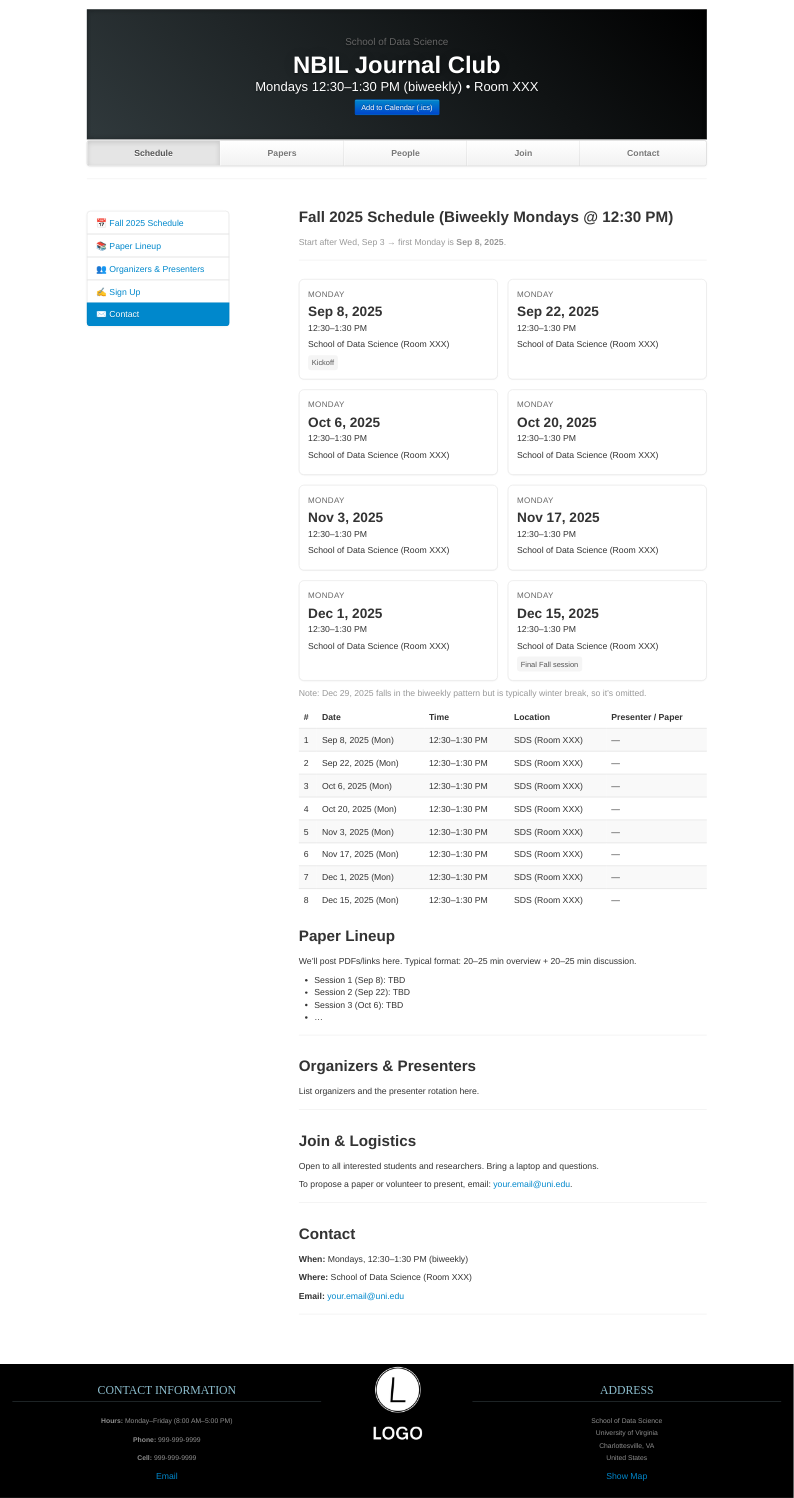
Repository: nbillab/nbillab.io
Page: journalclub.html
These files come from the project's save history. The page is drawn as it stood at one moment and after the next save; the edit follows.
The browser window is 1280 px wide. The pictures show the whole page, at 62% of full size.

Above is the page before, as saved 2025-09-01 12:21:36.

### journalclub.html
<!DOCTYPE html>
<html lang="en">
<head>
  <meta charset="utf-8">
  <title>NBIL Journal Club</title>
  <meta name="viewport" content="width=device-width, initial-scale=1.0">
  <meta name="description" content="NBIL Journal Club — School of Data Science">
  <meta name="author" content="">
  <!-- Le styles (keeping your Bootstrap 2.x includes) -->
  <link href="css/bootstrap.min.css" rel="stylesheet">
  <link href="css/bootstrap-responsive.min.css" rel="stylesheet">
  <link href="css/theme.css" rel="stylesheet">
  <style>
    /* Simple calendar-like schedule cards */
    .calendar-grid {
      display: grid;
      grid-template-columns: repeat(auto-fill, minmax(260px, 1fr));
      gap: 16px;
    }
    .cal-card {
      border: 1px solid #e5e5e5;
      border-radius: 8px;
      padding: 14px;
      box-shadow: 0 1px 2px rgba(0,0,0,0.05);
      background: #fff;
    }
    .cal-date {
      font-size: 22px;
      font-weight: bold;
      margin-bottom: 6px;
    }
    .cal-dow {
      font-size: 13px;
      text-transform: uppercase;
      letter-spacing: 0.04em;
      color: #666;
      margin-bottom: 8px;
    }
    .cal-time {
      font-size: 14px;
      margin-bottom: 6px;
    }
    .cal-loc {
      font-size: 14px;
      color: #333;
      margin-bottom: 8px;
    }
    .label-note {
      display: inline-block;
      padding: 2px 6px;
      font-size: 12px;
      border-radius: 4px;
      background: #f5f5f5;
      color: #555;
    }
    .hero-title {
      margin-bottom: 6px;
    }
    .lead.tiny {
      font-size: 16px;
      color: #666;
    }
    .ics-box {
      margin: 14px 0 4px;
    }
  </style>
</head>
<body>
  <div class="container">
    <header class="jumbotron subhead" id="overview">
      <p class="lead tiny">School of Data Science</p>
      <h1 class="hero-title">NBIL Journal Club</h1>
      <p class="lead">Mondays 12:30–1:30 PM (biweekly) • Room XXX</p>
      <p class="ics-box">
        <a class="btn btn-small btn-primary" href="nbil_journal_club_fall2025.ics">Add to Calendar (.ics)</a>
      </p>
    </header>

    <div class="masthead">
      <div class="navbar">
        <div class="navbar-inner">
          <div class="container">
            <ul class="nav">
              <li class="active"><a href="#schedule">Schedule</a></li>
              <li><a href="#papers">Papers</a></li>
              <li><a href="#people">People</a></li>
              <li><a href="#join">Join</a></li>
              <li><a href="#contact">Contact</a></li>
            </ul>
          </div>
        </div>
      </div>
    </div>

    <hr>

    <div class="row-fluid">
      <div class="span3 bs-docs-sidebar" id="navparent">
        <ul class="nav nav-list bs-docs-sidenav" data-spy="affix" data-offset-top="200" data-offset-bottom="260">
          <li><a href="#schedule"> 📅 Fall 2025 Schedule</a></li>
          <li><a href="#papers"> 📚 Paper Lineup</a></li>
          <li><a href="#people"> 👥 Organizers & Presenters</a></li>
          <li><a href="#join"> ✍️ Sign Up</a></li>
          <li><a href="#contact"> ✉️ Contact</a></li>
        </ul>
      </div>

      <div class="span8 offset1">
        <!-- Schedule -->
        <section id="schedule">
          <div class="page-header">
            <h3>Fall 2025 Schedule (Biweekly Mondays @ 12:30 PM)</h3>
            <p class="muted">Start after Wed, Sep 3 → first Monday is <strong>Sep 8, 2025</strong>.</p>
          </div>

          <!-- Calendar-like grid -->
          <div class="calendar-grid">
            <!-- Sep -->
            <div class="cal-card">
              <div class="cal-dow">MONDAY</div>
              <div class="cal-date">Sep 8, 2025</div>
              <div class="cal-time">12:30–1:30 PM</div>
              <div class="cal-loc">School of Data Science (Room XXX)</div>
              <span class="label-note">Kickoff</span>
            </div>
            <div class="cal-card">
              <div class="cal-dow">MONDAY</div>
              <div class="cal-date">Sep 22, 2025</div>
              <div class="cal-time">12:30–1:30 PM</div>
              <div class="cal-loc">School of Data Science (Room XXX)</div>
            </div>

            <!-- Oct -->
            <div class="cal-card">
              <div class="cal-dow">MONDAY</div>
              <div class="cal-date">Oct 6, 2025</div>
              <div class="cal-time">12:30–1:30 PM</div>
              <div class="cal-loc">School of Data Science (Room XXX)</div>
            </div>
            <div class="cal-card">
              <div class="cal-dow">MONDAY</div>
              <div class="cal-date">Oct 20, 2025</div>
              <div class="cal-time">12:30–1:30 PM</div>
              <div class="cal-loc">School of Data Science (Room XXX)</div>
            </div>

            <!-- Nov -->
            <div class="cal-card">
              <div class="cal-dow">MONDAY</div>
              <div class="cal-date">Nov 3, 2025</div>
              <div class="cal-time">12:30–1:30 PM</div>
              <div class="cal-loc">School of Data Science (Room XXX)</div>
            </div>
            <div class="cal-card">
              <div class="cal-dow">MONDAY</div>
              <div class="cal-date">Nov 17, 2025</div>
              <div class="cal-time">12:30–1:30 PM</div>
              <div class="cal-loc">School of Data Science (Room XXX)</div>
            </div>

            <!-- Dec -->
            <div class="cal-card">
              <div class="cal-dow">MONDAY</div>
              <div class="cal-date">Dec 1, 2025</div>
              <div class="cal-time">12:30–1:30 PM</div>
              <div class="cal-loc">School of Data Science (Room XXX)</div>
            </div>
            <div class="cal-card">
              <div class="cal-dow">MONDAY</div>
              <div class="cal-date">Dec 15, 2025</div>
              <div class="cal-time">12:30–1:30 PM</div>
              <div class="cal-loc">School of Data Science (Room XXX)</div>
              <span class="label-note">Final Fall session</span>
            </div>
          </div>

          <p class="muted" style="margin-top:10px;">
            Note: Dec 29, 2025 falls in the biweekly pattern but is typically winter break, so it’s omitted.
          </p>

          <!-- Optional: tabular view for quick copy/paste -->
          <table class="table table-striped" style="margin-top:10px;">
            <thead>
              <tr>
                <th>#</th>
                <th>Date</th>
                <th>Time</th>
                <th>Location</th>
                <th>Presenter / Paper</th>
              </tr>
            </thead>
            <tbody>
              <tr><td>1</td><td>Sep 8, 2025 (Mon)</td><td>12:30–1:30 PM</td><td>SDS (Room XXX)</td><td>—</td></tr>
              <tr><td>2</td><td>Sep 22, 2025 (Mon)</td><td>12:30–1:30 PM</td><td>SDS (Room XXX)</td><td>—</td></tr>
              <tr><td>3</td><td>Oct 6, 2025 (Mon)</td><td>12:30–1:30 PM</td><td>SDS (Room XXX)</td><td>—</td></tr>
              <tr><td>4</td><td>Oct 20, 2025 (Mon)</td><td>12:30–1:30 PM</td><td>SDS (Room XXX)</td><td>—</td></tr>
              <tr><td>5</td><td>Nov 3, 2025 (Mon)</td><td>12:30–1:30 PM</td><td>SDS (Room XXX)</td><td>—</td></tr>
              <tr><td>6</td><td>Nov 17, 2025 (Mon)</td><td>12:30–1:30 PM</td><td>SDS (Room XXX)</td><td>—</td></tr>
              <tr><td>7</td><td>Dec 1, 2025 (Mon)</td><td>12:30–1:30 PM</td><td>SDS (Room XXX)</td><td>—</td></tr>
              <tr><td>8</td><td>Dec 15, 2025 (Mon)</td><td>12:30–1:30 PM</td><td>SDS (Room XXX)</td><td>—</td></tr>
            </tbody>
          </table>
        </section>

        <!-- Papers -->
        <section id="papers">
          <div class="page-header">
            <h3>Paper Lineup</h3>
            <p>We’ll post PDFs/links here. Typical format: 20–25 min overview + 20–25 min discussion.</p>
            <ul>
              <li>Session 1 (Sep 8): TBD</li>
              <li>Session 2 (Sep 22): TBD</li>
              <li>Session 3 (Oct 6): TBD</li>
              <li>…</li>
            </ul>
          </div>
        </section>

        <!-- People -->
        <section id="people">
          <div class="page-header">
            <h3>Organizers & Presenters</h3>
            <p>List organizers and the presenter rotation here.</p>
          </div>
        </section>

        <!-- Join -->
        <section id="join">
          <div class="page-header">
            <h3>Join & Logistics</h3>
            <p>Open to all interested students and researchers. Bring a laptop and questions.</p>
            <p>
              To propose a paper or volunteer to present, email:
              <a href="mailto:your.email@uni.edu">your.email@uni.edu</a>.
            </p>
          </div>
        </section>

        <!-- Contact -->
        <section id="contact">
          <div class="page-header">
            <h3>Contact</h3>
            <p><b>When:</b> Mondays, 12:30–1:30 PM (biweekly)</p>
            <p><b>Where:</b> School of Data Science (Room XXX)</p>
            <p><b>Email:</b> <a href="mailto:your.email@uni.edu">your.email@uni.edu</a></p>
          </div>
        </section>
      </div>
    </div>
  </div>

  <footer id="footer">
    <div class="container-fluid">
      <div class="row-fluid">
        <div class="span5">
          <h3>Contact Information</h3>
          <p><b>Hours: </b>Monday–Friday (8:00 AM–5:00 PM)</p>
          <p><b>Phone: </b>999-999-9999</p>
          <p><b>Cell: </b>999-999-9999</p>
          <a href="mailto:your.email@uni.edu">Email</a>
        </div>
        <div class="span2">
          <img src="thumbs/generic-logo.JPG" alt="lab-logo"/>
        </div>
        <div class="span5">
          <h3>Address</h3>
          <p>School of Data Science<br>
             University of Virginia<br>
             Charlottesville, VA<br>
             United States
          </p>
          <a href="http://maps.google.com/">Show Map</a>
        </div>
      </div>
    </div>
  </footer>

  <!-- Le javascript
  ================================================== -->
  <script src="js/jquery-1.9.1.min.js"></script>
  <script src="js/bootstrap.min.js"></script>
  <script>
    $(document).ready(function() {
      $(document.body).scrollspy({ target: "#navparent" });
    });
  </script>
</body>
</html>

### css/theme.css
body {
	padding-top: 15px;
	padding-bottom: 0px;
}


/* Custom container */

.container {
	margin: 0 auto;
	max-width: 1000px;
}

.container>hr {
	margin: 20px 0
}


/* Customize the navbar links to be fill the entire space of the .navbar */

.navbar .navbar-inner {
	padding: 0
}

.navbar .nav {
	margin: 0;
	display: table;
	width: 100%;
}

.navbar .nav li {
	display: table-cell;
	width: 1%;
	float: none;
}

.navbar .nav li a {
	font-weight: bold;
	text-align: center;
	border-left: 1px solid rgba(255, 255, 255, .75);
	border-right: 1px solid rgba(0, 0, 0, .1);
}

.navbar .nav li:first-child a {
	border-left: 0;
	border-radius: 3px 0 0 3px;
}

.navbar .nav li:last-child a {
	border-right: 0;
	border-radius: 0 3px 3px 0;
}

body>.navbar {
	font-size: 13px
}


/* Change the docs' brand */

body>.navbar .brand {
	padding-right: 0;
	padding-left: 0;
	margin-left: 20px;
	float: right;
	font-weight: bold;
	color: #000;
	text-shadow: 0 1px 0 rgba(255, 255, 255, .1), 0 0 30px rgba(255, 255, 255, .125);
	-webkit-transition: all .2s linear;
	-moz-transition: all .2s linear;
	transition: all .2s linear;
}

body>.navbar .brand:hover {
	text-decoration: none;
	text-shadow: 0 1px 0 rgba(255, 255, 255, .1), 0 0 30px rgba(255, 255, 255, .4);
}


/* Sidenav for Docs
         -------------------------------------------------- */

@media screen and (max-width: 768px) {
	.bs-docs-sidenav {
		display: none !important;
	}
}

.bs-docs-sidenav {
	width: 228px;
	margin: 30px 0 0;
	padding: 0;
	background-color: #fff;
	-webkit-border-radius: 6px;
	-moz-border-radius: 6px;
	border-radius: 6px;
	-webkit-box-shadow: 0 1px 4px rgba(0, 0, 0, .065);
	-moz-box-shadow: 0 1px 4px rgba(0, 0, 0, .065);
	box-shadow: 0 1px 4px rgba(0, 0, 0, .065);
}

.bs-docs-sidenav>li>a {
	display: block;
	width: 200px;
	margin: 0 0 -1px;
	padding: 8px 14px;
	border: 1px solid #e5e5e5;
}

.bs-docs-sidenav>li>a.subhead {
	display: block;
	width: 168px;
	margin: 0 0 -1px;
	padding: 8px 30px;
	border: 1px solid #e5e5e5;
	font-size: 12px;
}

.bs-docs-sidenav>li:first-child>a {
	-webkit-border-radius: 6px 6px 0 0;
	-moz-border-radius: 6px 6px 0 0;
	border-radius: 6px 6px 0 0;
}

.bs-docs-sidenav>li:last-child>a {
	-webkit-border-radius: 0 0 6px 6px;
	-moz-border-radius: 0 0 6px 6px;
	border-radius: 0 0 6px 6px;
}

.bs-docs-sidenav>.active>a {
	position: relative;
	z-index: 2;
	padding: 9px 15px;
	border: 0;
	text-shadow: 0 1px 0 rgba(0, 0, 0, .15);
	-webkit-box-shadow: inset 1px 0 0 rgba(0, 0, 0, .1), inset -1px 0 0 rgba(0, 0, 0, .1);
	-moz-box-shadow: inset 1px 0 0 rgba(0, 0, 0, .1), inset -1px 0 0 rgba(0, 0, 0, .1);
	box-shadow: inset 1px 0 0 rgba(0, 0, 0, .1), inset -1px 0 0 rgba(0, 0, 0, .1);
}

.bs-docs-sidenav>li>a:hover {
	background-color: #f5f5f5
}

.bs-docs-sidenav a:hover .icon-chevron-right {
	opacity: .5
}

.bs-docs-sidenav.affix {
	top: 10px
}

.bs-docs-sidenav.affix-bottom {
	position: absolute;
	top: auto;
	bottom: 270px;
}


/* Responsive
         -------------------------------------------------- */

.affix {
	top: 0px
}

#media {
	margin-top: 70px
}

#media .header {
	margin-left: 0;
	margin-bottom: 56px;
	margin-top: 30px;
}

#media .post_row {
	margin-left: 0;
	margin-bottom: 40px;
}

#media .lastpost_row {
	margin-bottom: 0
}

#media .post_row .post {
	background: #fff;
	/*margin-left: 0;;
    margin-right: 20px;*/
	border-radius: 4px;
	box-shadow: 1px 1px 2px 0px #E0E0E0;
	width: 487px;
	height: 616px;
}

#media .post_row .last {
	margin-right: 0
}

#media .post_row .post .img {
	position: relative;
	text-align: center;
}

#media .post_row .post .img .date {
	background: #E8554E;
	position: absolute;
	padding: 2px 5px;
	top: 0;
	left: 11px;
}

#media .post_row .post .img .date p {
	color: #fff;
	font-size: 14px;
	font-weight: bold;
	font-style: italic;
	margin: 0;
}

#media .post_row .post .img img {
	height: 275px;
	width: 410px;
}

#media .post_row .post .text {
	margin: 18px auto 0;
	width: 83%;
}

#media .post_row .post .text h5 {
	margin: 0 0 8px 0;
	font-size: 20px;
	line-height: 23px;
}

#media .post_row .post .text h5 a {
	color: #333
}

#media .post_row .post .text span.date {
	color: #9F9F9F;
	display: block;
	margin-bottom: 12px;
	font-style: italic;
	font-size: 13px;
}

#media .post_row .post .text p {
	margin: 0;
	line-height: 21px;
	font-size: 14px;
}

#media .post_row .post .author_box {
	margin: 12px auto 20px;
	border-top: 1px solid #EDEDED;
	overflow: hidden;
	text-align: left;
	width: 85%;
	padding-top: 12px;
}

#media .post_row .post .author_box h6 {
	margin: 0 0 3px 0;
	font-size: 13px;
	line-height: 15px;
	font-style: italic;
	font-weight: normal;
	color: #B2B2B2;
}

#media .post_row .post .author_box p {
	color: #B2B2B2;
	font-style: italic;
	font-size: 13px;
	line-height: 14px;
	margin: 0;
}

#media .post_row .post .author_box img {
	float: right
}

#media .post_row .post a.plus_wrapper {
	width: 99%;
	text-align: center;
	background: #fff;
	display: none;
	border-radius: 0px 0px 4px 4px;
	padding: 6px 0px 2px;
	margin: 0 auto 1px;
}

#media .post_row .post a.plus_wrapper span {
	color: #1189D9;
	font-size: 30px;
	font-weight: bold;
}

#media .post_row .post:hover a.plus_wrapper {
	display: block
}

#media .post_row .post:hover {
	box-shadow: 0px 1px 5px 1px rgb(216, 216, 216)
}

#media .post_row .post:hover .text h5 a {
	color: #1189D9
}

.map .box_wrapp {
	position: absolute;
	margin: 15px auto;
	box-shadow: 0 0 7px 0 rgba(26, 26, 26, 0.4);
	padding: 30px 0 30px;
	background: white;
	border-radius: 4px;
	margin-top: 25px;
}

.map .box_wrapp .box_cont {
	margin: 30px auto;
	width: 76%;
}

.section-header {
	text-align: center;
	margin-bottom: 35px;
}

.section-header h1,
.title-text {
	font-weight: bold;
	font-size: 30px;
	margin: 12.5px 0;
	font-weight: 100;
	margin-bottom: 25px;
	line-height: 55px;
}

.feature-item:hover {
	box-shadow: 0px 1px 5px 1px rgb(216, 216, 216)
}

.feature-item img {
	margin-left: 15px;
	margin-right: 15px;
	max-width: 90%;
	height: 200px;
}

.feature-item h5 {
	margin-left: 15px;
	margin-right: 15px;
	margin-top: 20px;
	margin-bottom: 20px;
}

.feature-item p {
	margin-left: 15px;
	margin-right: 15px;
}

.feature-heading {
	margin-top: 20px;
	margin-bottom: 20px;
	margin-left: 15px;
	margin-right: 15px;
}

.feature-heading a:hover {
	text-decoration: none;
}

.feature-button {
	font-size: 16px;
	background-image: none;
	box-shadow: none;
	margin-bottom: 10px;
}

.centered {
	text-align: center;
}

.subhead {
	text-align: left;
	border-bottom: 1px solid #ddd;
}

.jumbotron {
	position: relative;
	padding: 45px 0px 35px 0px;
	color: #fff;
	text-align: center;
	text-shadow: 0 1px 3px rgba(0, 0, 0, .4), 0 0 30px rgba(0, 0, 0, .075);
	background: #30393C;
	background: -moz-linear-gradient(45deg, #30393C 0%, #000000 100%);
	background: -webkit-gradient(linear, left bottom, right top, color-stop(0%, #30393C), color-stop(100%, #30393C));
	background: -webkit-linear-gradient(45deg, #30393C 0%, #000000 100%);
	background: -o-linear-gradient(45deg, #30393C 0%, #000000 100%);
	background: -ms-linear-gradient(45deg, #30393C 0%, #000000 100%);
	background: linear-gradient(45deg, #30393C 0%, #000000 100%) repeat;
	-webkit-box-shadow: inset 0 3px 7px rgba(0, 0, 0, .2), inset 0 -3px 7px rgba(0, 0, 0, .2);
	-moz-box-shadow: inset 0 3px 7px rgba(0, 0, 0, .2), inset 0 -3px 7px rgba(0, 0, 0, .2);
	box-shadow: inset 0 3px 7px rgba(0, 0, 0, .2), inset 0 -3px 7px rgba(0, 0, 0, .2);
}

.jumbotron:after {
	content: '';
	display: block;
	position: absolute;
	top: 0;
	right: 0;
	bottom: 0;
	left: 0;
	opacity: .4;
}

.lead {
	margin-bottom: 0px;
	font-size: 21px;
	font-weight: 200;
	line-height: 15px;
}

img.float-left {
	float: left;
	margin-top: 9px;
	margin-left: 0px;
	margin-right: 30px;
	margin-bottom: 12px;
}

img.float-right {
	float: right;
	margin-top: 9px;
	margin-right: 0px;
	margin-bottom: 12px;
	margin-left: 30px;
}

img.publications-thumb {
	width: 142px;
	height: 188px;
}

.caption {
	margin: 10px;
}

.responsive-video {
	position: relative;
	padding-bottom: 56.25%;
	padding-top: 60px;
	overflow: hidden;
}

.responsive-video iframe,
.responsive-video object,
.responsive-video embed {
	position: absolute;
	top: 0;
	left: 0;
	width: 93.5%;
	height: 93.5%;
}

.video-caption {
	margin: 10px;
}

.accordion {
	margin-bottom: 20px;
	margin-right: 40px;
}

.thumbnail>img.sponsor {
	width: 212px;
	height: 150px;
}

img.carousel-image {
	width: 100%;
}

li.publication {
	margin-bottom: 20px;
}

.page-header h3 a:hover {
	text-decoration: none;
}

iframe.map-frame {
	border: none;
	overflow: hidden;
	margin-top: 10px;
	margin-bottom: 10px;
	margin-left: 0px;
	margin-right: 0px;
	height: 550px;
	width: 100%;
}

ul.sponsors {
	margin-top: 40px;
	margin-bottom: 40px;
}

#footer {
	z-index: 10;
	margin-top: 50px;
	margin-bottom: 0px;
	padding-bottom: 25px;
	border-top-width: 8px;
	border-top-style: solid;
	border-top-color: #2F2F2F;
	background-color: #000000;
	border: 0;
	font-size: 100%;
	font: inherit;
	vertical-align: baseline;
	text-align: center;
}

#footer h3 {
	font-size: 19px;
	text-transform: uppercase;
	font-family: BebasNeueRegular;
	color: #8DBECE;
	border-bottom-width: 1px;
	border-bottom-style: solid;
	border-bottom-color: #30393C;
	line-height: 35px;
	margin-bottom: 20px;
	margin-top: 25px;
	font-weight: normal;
}

#footer a img {
	margin-top: 40px;
}

#footer p,
#footer address {
	color: #8F8F8F;
	font-size: 11px;
}

Loaded but not shown: css/bootstrap.min.css (library); css/bootstrap-responsive.min.css (library); js/jquery-1.9.1.min.js (library); js/bootstrap.min.js (library)

After the next save:
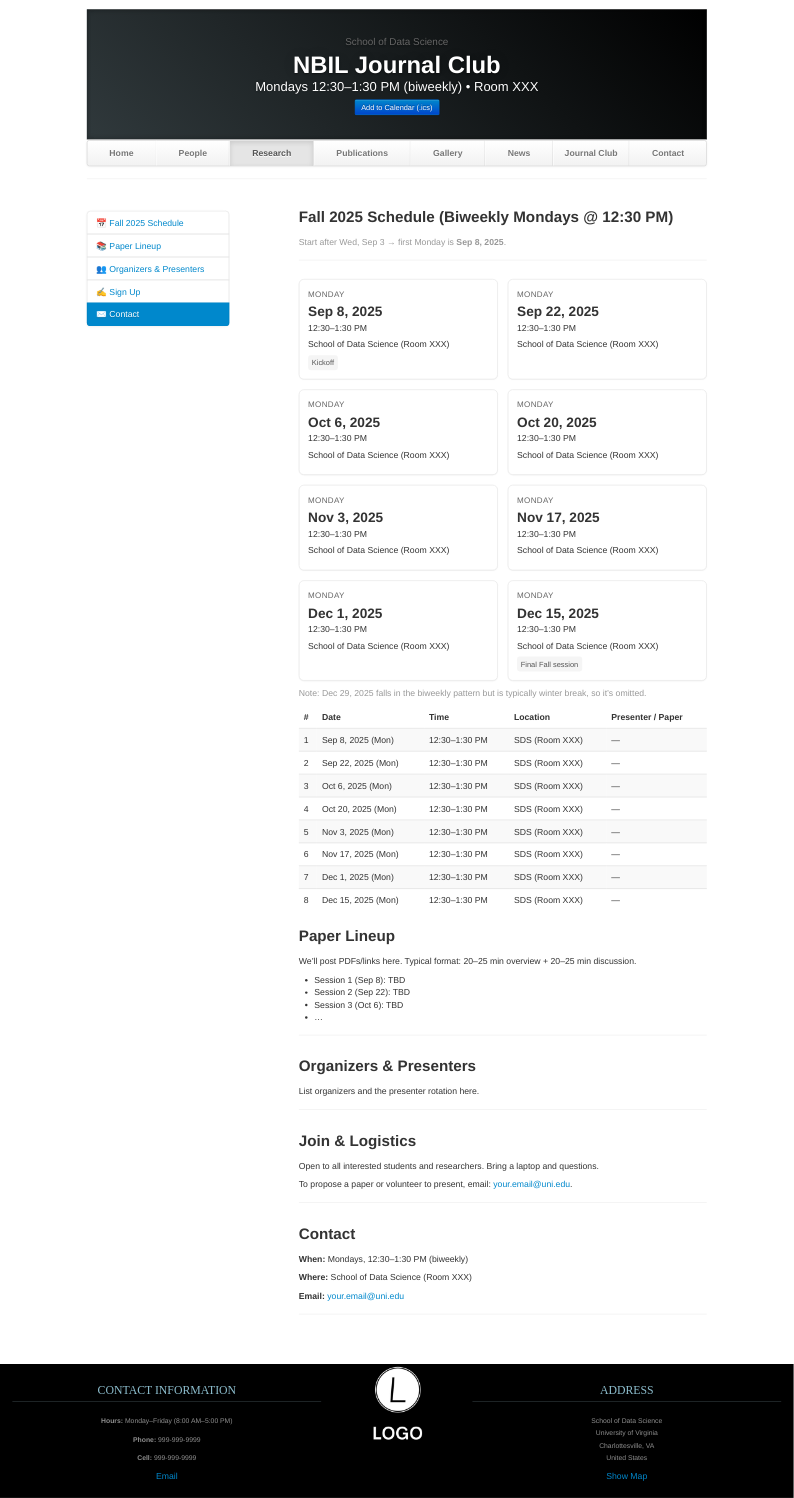
Saved 69 s later.
--- a/journalclub.html
+++ b/journalclub.html
@@ -79,14 +79,17 @@
     <div class="masthead">
       <div class="navbar">
         <div class="navbar-inner">
-          <div class="container">
-            <ul class="nav">
-              <li class="active"><a href="#schedule">Schedule</a></li>
-              <li><a href="#papers">Papers</a></li>
-              <li><a href="#people">People</a></li>
-              <li><a href="#join">Join</a></li>
-              <li><a href="#contact">Contact</a></li>
-            </ul>
+                  <div class="container">
+                     <ul class="nav">
+                        <li><a href="index.html">Home</a></li>
+                        <li><a href="people.html">People</a></li>
+                        <li class="active"><a href="#">Research</a></li>
+                        <li><a href="publications.html">Publications</a></li>
+                        <li><a href="gallery.html">Gallery</a></li>
+                        <li><a href="news.html">News</a></li>
+                        <li><a href="journalclub.html">Journal Club</a></li>
+                        <li><a href="contact.html">Contact</a></li>
+                     </ul>
           </div>
         </div>
       </div>
